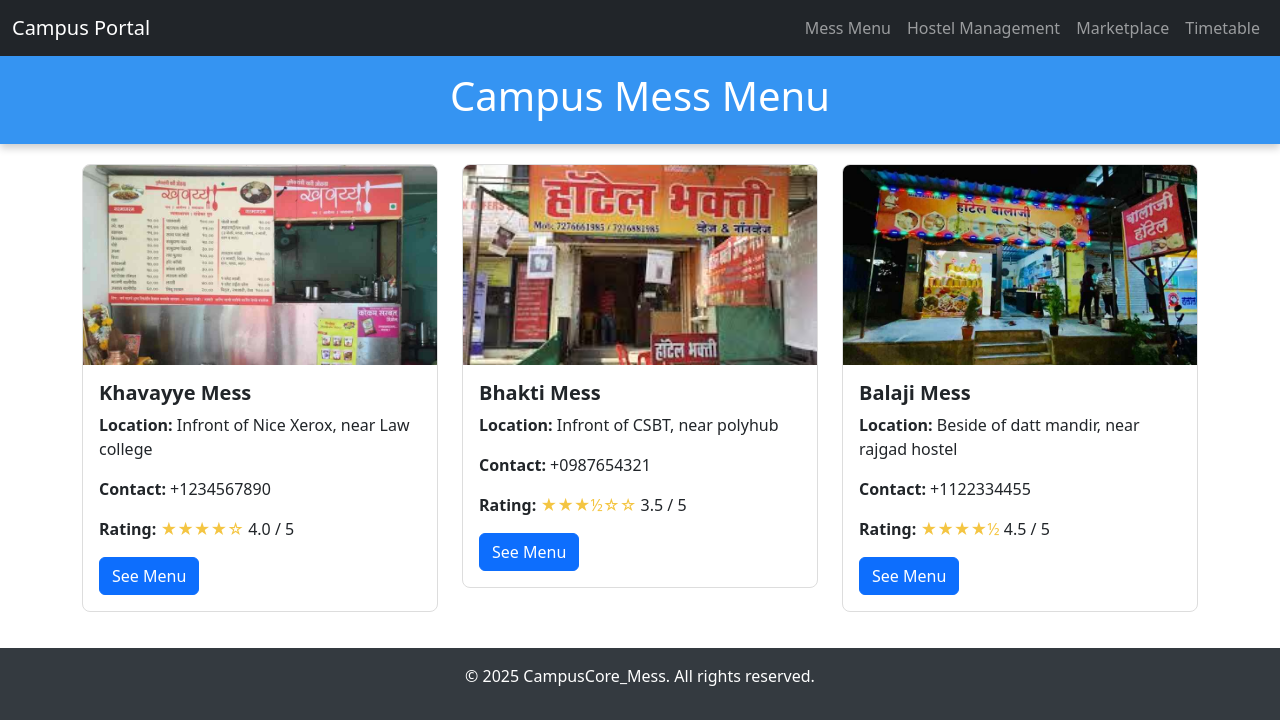
Repository: Pavanrajput123/Campus-Core
Page: http://localhost/Mess_menu
The author's editor kept a copy of each file at every save. The page is drawn from the files as they stood at one save, then again after the next save.
The browser window is 1280 px wide. The pictures show the whole page.
The page is this project's Thymeleaf template; nobody is signed in. The template is opened directly, without the code that normally fills it, so the values that code supplies are empty.

Above is the page before, as saved 2025-04-12 07:27:04.

### student-management/src/main/resources/templates/Mess_menu.html
<!DOCTYPE html>
<html xmlns:th="http://www.thymeleaf.org" lang="en">
<head>
  <meta charset="UTF-8">
  <meta name="viewport" content="width=device-width, initial-scale=1.0">
  <title>Campus Mess Menu</title>
  <link href="https://cdn.jsdelivr.net/npm/bootstrap@5.3.0-alpha1/dist/css/bootstrap.min.css" rel="stylesheet">
  <style>
    html, body {
      height: 100%;
      margin: 0;
      display: flex;
      flex-direction: column;
    }

    main {
      flex: 1;
    }

    .mess-card {
      margin: 20px 0;
      border: 1px solid #ddd;
      border-radius: 8px;
      overflow: hidden;
    }

    .mess-card img {
      width: 100%;
      height: 200px;
      object-fit: cover;
    }

    .card-body h5 {
      font-weight: bold;
    }

    header {
      background-color: #3594f2;
      color: white;
      box-shadow: 0 4px 8px rgba(0, 0, 0, 0.2);
    }

    footer {
      background-color: #343a40;
      color: white;
      text-align: center;
      padding: 1rem;
    }
  </style>
</head>
<body>

  <!-- Navbar -->
  <nav class="navbar navbar-expand-lg navbar-dark bg-dark">
    <div class="container-fluid">
      <a class="navbar-brand" th:href="@{/dashboard}">Campus Portal</a>
      <button class="navbar-toggler" type="button" data-bs-toggle="collapse" data-bs-target="#navbarNav">
        <span class="navbar-toggler-icon"></span>
      </button>
      <div class="collapse navbar-collapse" id="navbarNav">
        <ul class="navbar-nav ms-auto">
          <li class="nav-item"><a class="nav-link" th:href="@{/mess-menu}">Mess Menu</a></li>
          <li class="nav-item"><a class="nav-link" th:href="@{/hostel}">Hostel Management</a></li>
          <li class="nav-item"><a class="nav-link" th:href="@{/marketplace}">Marketplace</a></li>
          <li class="nav-item"><a class="nav-link" th:href="@{/timetable}">Timetable</a></li>
        </ul>
      </div>
    </div>
  </nav>

  <!-- Header -->
  <header class="py-3 text-center">
    <h1>Campus Mess Menu</h1>
  </header>

  <!-- Main Content -->
  <main>
    <div class="container">
      <div class="row">

        <!-- Mess Card 1 -->
        <div class="col-md-4">
          <div class="card mess-card">
            <img th:src="@{/assets/khavayye2.jpg}" alt="Mess 1 Image">
            <div class="card-body">
              <h5 class="card-title">Khavayye Mess</h5>
              <p class="card-text"><strong>Location:</strong> Infront of Nice Xerox, near Law college</p>
              <p class="card-text"><strong>Contact:</strong> +1234567890</p>
              <p class="card-text">
                <strong>Rating:</strong>
                <span style="color: #f4c542;">&#9733;&#9733;&#9733;&#9733;&#9734;</span> 4.0 / 5
              </p>
              <a th:href="@{/menu1}" class="btn btn-primary">See Menu</a>
            </div>
          </div>
        </div>

        <!-- Mess Card 2 -->
        <div class="col-md-4">
          <div class="card mess-card">
            <img th:src="@{/assets/bhakti.jpeg}" alt="Mess 2 Image">
            <div class="card-body">
              <h5 class="card-title">Bhakti Mess</h5>
              <p class="card-text"><strong>Location:</strong> Infront of CSBT, near polyhub</p>
              <p class="card-text"><strong>Contact:</strong> +0987654321</p>
              <p class="card-text">
                <strong>Rating:</strong>
                <span style="color: #f4c542;">&#9733;&#9733;&#9733;&#189;&#9734;&#9734;</span> 3.5 / 5
              </p>
              <a th:href="@{/menu2}" class="btn btn-primary">See Menu</a>
            </div>
          </div>
        </div>

        <!-- Mess Card 3 -->
        <div class="col-md-4">
          <div class="card mess-card">
            <img th:src="@{/assets/balajimess.jpg}" alt="Mess 3 Image">
            <div class="card-body">
              <h5 class="card-title">Balaji Mess</h5>
              <p class="card-text"><strong>Location:</strong> Beside of datt mandir, near rajgad hostel</p>
              <p class="card-text"><strong>Contact:</strong> +1122334455</p>
              <p class="card-text">
                <strong>Rating:</strong>
                <span style="color: #f4c542;">&#9733;&#9733;&#9733;&#9733;&#189;</span> 4.5 / 5
              </p>
              <a th:href="@{/menu3}" class="btn btn-primary">See Menu</a>
            </div>
          </div>
        </div>

      </div>
    </div>
  </main>

  <!-- Footer -->
  <footer>
    <p>&copy; 2025 CampusCore_Mess. All rights reserved.</p>
  </footer>

  <script src="https://cdn.jsdelivr.net/npm/bootstrap@5.3.0-alpha1/dist/js/bootstrap.bundle.min.js"></script>
</body>
</html>

After the next save:
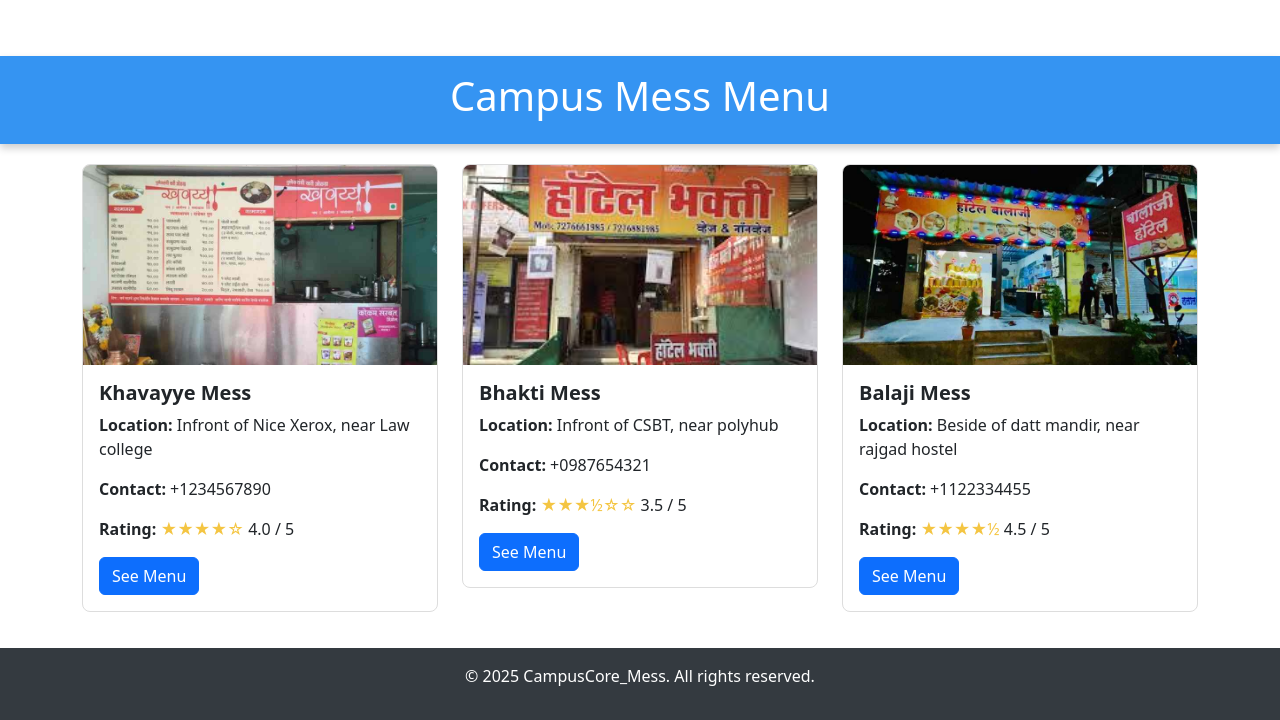
Saved 60 s later.
--- a/student-management/src/main/resources/templates/Mess_menu.html
+++ b/student-management/src/main/resources/templates/Mess_menu.html
@@ -51,7 +51,8 @@
 <body>
 
   <!-- Navbar -->
-  <nav class="navbar navbar-expand-lg navbar-dark bg-dark">
+  <nav class="navbar navbar-expand-lg navbar-dark custom-navbar">
+
     <div class="container-fluid">
       <a class="navbar-brand" th:href="@{/dashboard}">Campus Portal</a>
       <button class="navbar-toggler" type="button" data-bs-toggle="collapse" data-bs-target="#navbarNav">
